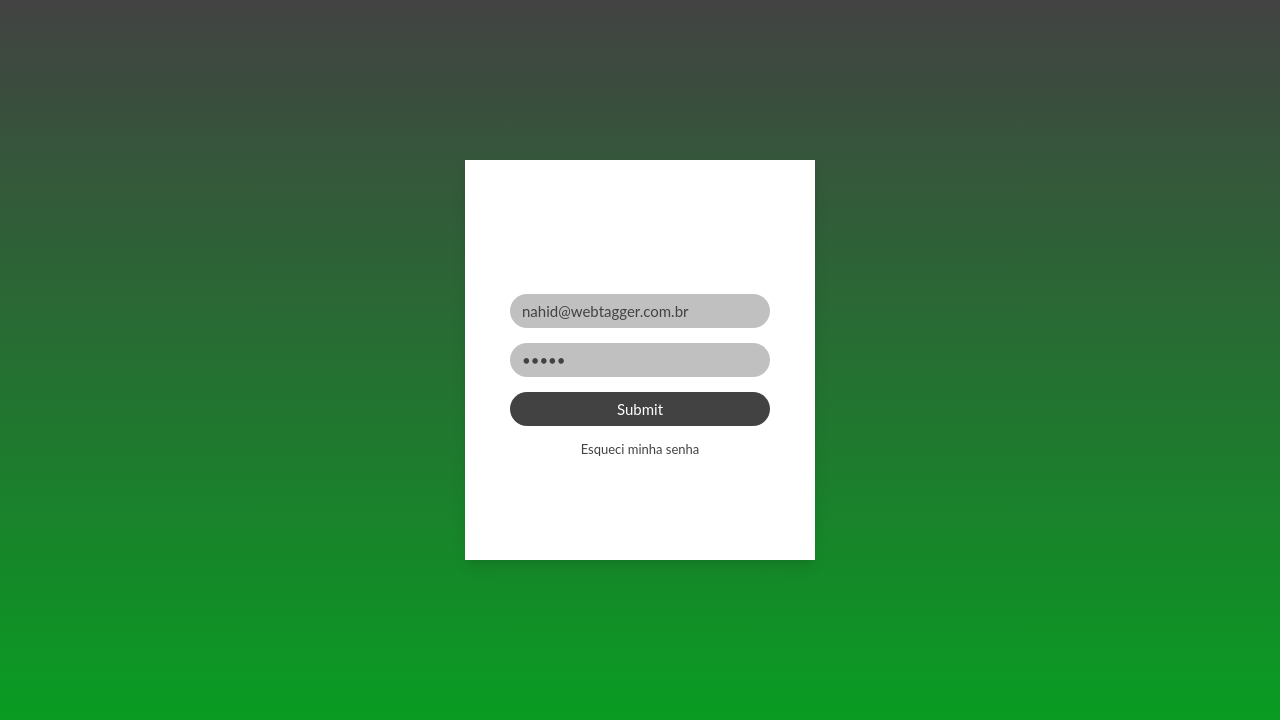
Repository: JoaoNahid/adminSystem
Page: /login (app in client/)
These files come from the project's save history. The page is drawn as it stood at one moment and after the next save; the edit follows.
The browser window is 1280 px wide. The pictures show the whole page.
The project was rebuilt for these pictures with package versions that can differ from the ones it lists, and the page was loaded fresh each time. Also part of the build but not shown: client/src/App.css, client/src/routes/cadastro.js, client/src/routes/home.js, client/src/routes/404.js.

Above is the page before, as saved 2022-04-20 20:42:49.

After the next save:
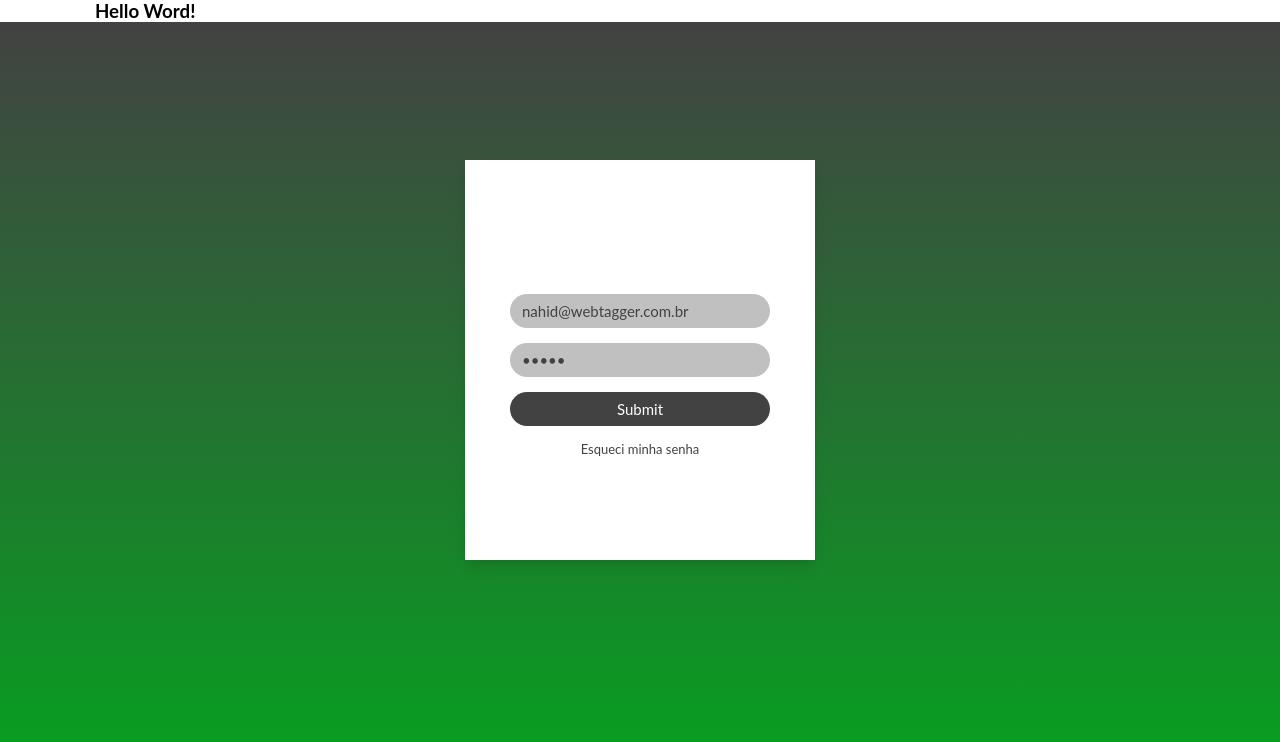
Saved 54 s later.
--- a/client/src/routes/header.js
+++ b/client/src/routes/header.js
@@ -5,7 +5,7 @@ export default function Header() {
     return(
         <div id="headerArea">
             <div className="container">
-
+                <h3>Hello Word!</h3>
             </div>
         </div>
     )
